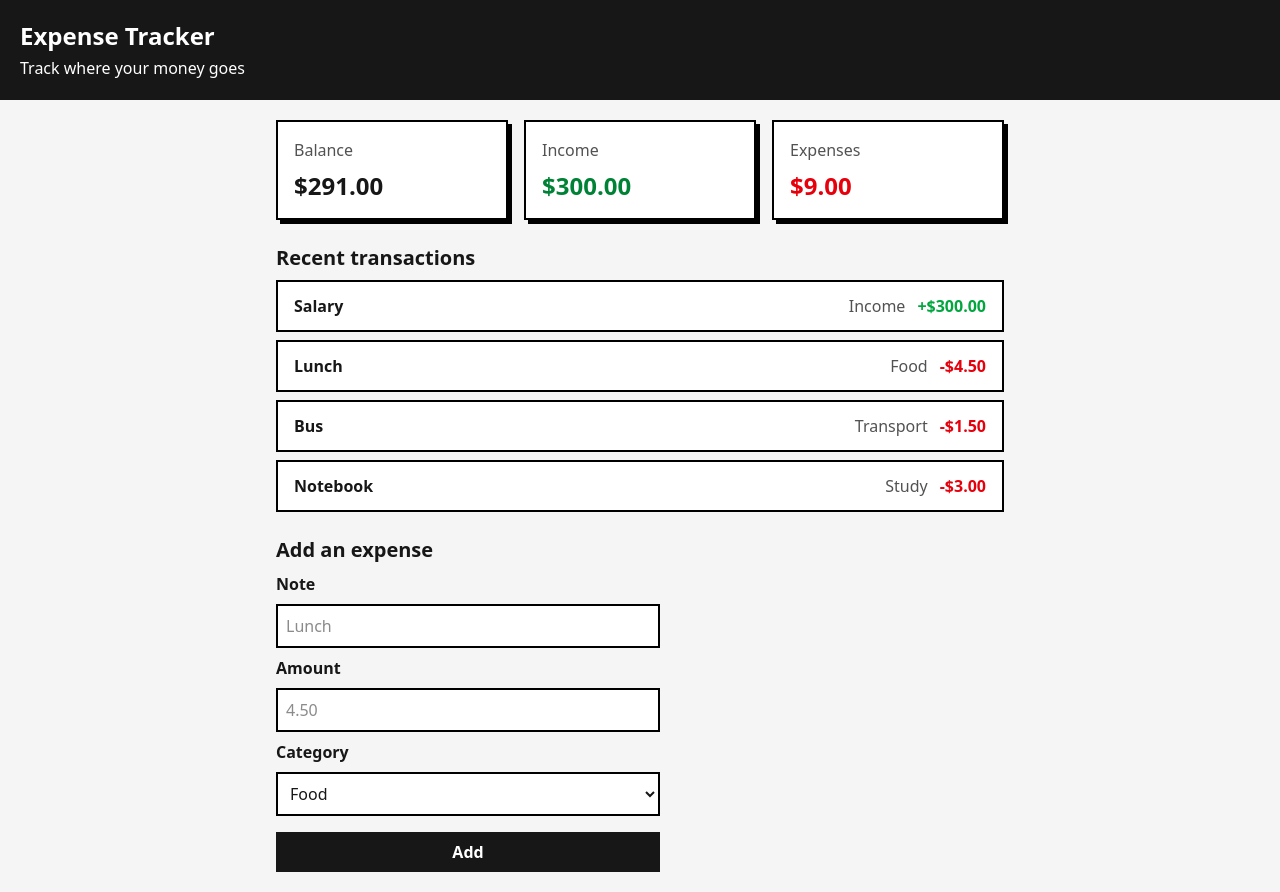
Repository: Keanbunheng/html-basics-Day1_AI
Page: expense-tracker-w2-d4-start/index.html
The author's editor kept a copy of each file at every save. The page is drawn from the files as they stood at one save, then again after the next save.
The browser window is 1280 px wide. The pictures show the whole page.

Above is the page before, as saved 2026-11-17 21:15:22.

### expense-tracker-w2-d4-start/index.html
<!doctype html>
<html lang="en">
  <head>
    <meta charset="UTF-8" />
    <meta name="viewport" content="width=device-width, initial-scale=1.0" />
    <title>Expense Tracker</title>
    <script src="https://cdn.jsdelivr.net/npm/@tailwindcss/browser@4.1.18"></script>
  </head>
  <body class="bg-neutral-100 text-neutral-900">
    <header class="bg-neutral-900 p-5 text-white">
      <h1 class="mb-1 text-2xl font-bold">Expense Tracker</h1>
      <p>Track where your money goes</p>
    </header>

    <main class="mx-auto max-w-3xl p-5">
      <section class="mb-6 flex flex-col gap-4 sm:flex-row">
        <div
          class="flex-1 border-2 border-black bg-white p-4 shadow-[4px_4px_0_#000]"
        >
          <p class="mb-2 text-neutral-600">Balance</p>
          <p class="text-2xl font-bold" id="total-money">$291.00</p>
        </div>
        <div
          class="flex-1 border-2 border-black bg-white p-4 shadow-[4px_4px_0_#000]"
        >
          <p class="mb-2 text-neutral-600">Income</p>
          <p class="text-2xl font-bold text-green-700" id="income-money">
            $300.00
          </p>
        </div>
        <div
          class="flex-1 border-2 border-black bg-white p-4 shadow-[4px_4px_0_#000]"
        >
          <p class="mb-2 text-neutral-600">Expenses</p>
          <p class="text-2xl font-bold text-red-600" id="expense-money">
            $9.00
          </p>
        </div>
      </section>

      <section class="mb-6">
        <h2 class="mb-2 text-xl font-bold">Recent transactions</h2>
        <ul id="list-container">
          <li
            class="mb-2 flex flex-col gap-1 border-2 border-black bg-white px-4 py-3 sm:flex-row sm:justify-between sm:gap-3"
          >
            <span class="flex-1 font-semibold">Salary</span>
            <span class="text-neutral-600">Income</span>
            <span class="font-bold text-green-700">+$300.00</span>
          </li>
          <li
            class="mb-2 flex flex-col gap-1 border-2 border-black bg-white px-4 py-3 sm:flex-row sm:justify-between sm:gap-3"
          >
            <span class="flex-1 font-semibold">Lunch</span>
            <span class="text-neutral-600">Food</span>
            <span class="font-bold text-red-600">-$4.50</span>
          </li>
          <li
            class="mb-2 flex flex-col gap-1 border-2 border-black bg-white px-4 py-3 sm:flex-row sm:justify-between sm:gap-3"
          >
            <span class="flex-1 font-semibold">Bus</span>
            <span class="text-neutral-600">Transport</span>
            <span class="font-bold text-red-600">-$1.50</span>
          </li>
          <li
            class="mb-2 flex flex-col gap-1 border-2 border-black bg-white px-4 py-3 sm:flex-row sm:justify-between sm:gap-3"
          >
            <span class="flex-1 font-semibold">Notebook</span>
            <span class="text-neutral-600">Study</span>
            <span class="font-bold text-red-600">-$3.00</span>
          </li>
        </ul>
      </section>

      <section>
        <h2 class="mb-2 text-xl font-bold">Add an expense</h2>
        <form class="flex max-w-sm flex-col gap-2" id="input">
          <label for="note" class="font-semibold">Note</label>
          <input
            id="note"
            type="text"
            placeholder="Lunch"
            class="border-2 border-black bg-white p-2"
          />

          <label for="amount" class="font-semibold">Amount</label>
          <input
            id="amount"
            type="number"
            step="0.01"
            placeholder="4.50"
            class="border-2 border-black bg-white p-2"
          />

          <label for="category" class="font-semibold">Category</label>
          <select id="category" class="border-2 border-black bg-white p-2">
            <option>Food</option>
            <option>Transport</option>
            <option>Study</option>
            <option>Other</option>
          </select>

          <button
            type="submit"
            class="mt-2 bg-neutral-900 p-2 font-semibold text-white"
            id="Button"
          >
            Add
          </button>
        </form>
      </section>
    </main>
    <script src="app.js"></script>
  </body>
</html>

### expense-tracker-w2-d4-start/app.js
const transactions = [
  {
    id: 1,
    note: 'Salary',
    category: 'Income',
    type: 'income',
    amountCents: 30000,
  },
  { id: 2, note: 'Lunch', category: 'Food', type: 'expense', amountCents: 450 },
  {
    id: 3,
    note: 'Bus',
    category: 'Transport',
    type: 'expense',
    amountCents: 150,
  },
  {
    id: 4,
    note: 'Notebook',
    category: 'Study',
    type: 'expense',
    amountCents: 300,
  },
];

function formatMoney(cents) {
  const sign = cents < 0 ? '-' : '';
  return sign + '$' + (Math.abs(cents) / 100).toFixed(2);
}

function totalCents(list) {
  return list.reduce((sum, tx) => sum + tx.amountCents, 0);
}

function filterByCategory(list, category) {
  return list.filter((tx) => tx.category === category);
}

function filterByType(list, type) {
  return list.filter((tx) => tx.type === type);
}

function summarize(list) {
  const incomeCents = totalCents(filterByType(list, 'income'));
  const expensesCents = totalCents(filterByType(list, 'expense'));
  return {
    incomeCents: incomeCents,
    expensesCents: expensesCents,
    balanceCents: incomeCents - expensesCents,
  };
}

function addTransaction(list, tx) {
  return [...list, tx];
}

// Practice 2 — the AI's totalExpenses, reviewed and fixed:
// whole cents, no off-by-one loop, no duplicated work.
function totalExpenses(list) {
  return totalCents(filterByType(list, 'expense'));
}

const notes = transactions.map((tx) => tx.note);

console.log(formatMoney(transactions[1].amountCents));

// ----- Checks -----
function check(name, actual, expected) {
  const ok = actual === expected;
  console.log(
    ok ? '✓' : '✗',
    name,
    ok ? '' : `(expected ${expected}, got ${actual})`,
  );
}

check('format 450', formatMoney(450), '$4.50');
check('total of all', totalCents(transactions), 30900);
check('Food count', filterByCategory(transactions, 'Food').length, 1);
check('expense count', filterByType(transactions, 'expense').length, 3);
check('balance', summarize(transactions).balanceCents, 29100);
check(
  'new length',
  addTransaction(transactions, {
    id: 5,
    note: 'Coffee',
    category: 'Food',
    type: 'expense',
    amountCents: 250,
  }).length,
  5,
);
check('notes', notes.join(','), 'Salary,Lunch,Bus,Notebook');
check('total expenses', totalExpenses(transactions), 900);

// Edge cases
check('total of empty list', totalCents([]), 0);
check('total expenses of empty list', totalExpenses([]), 0);
check('original list not changed', transactions.length, 4); // after addTransaction

const lists = document.querySelector('#list-container');
lists.innerHTML = transactions
  .map((ele) => {
    let isExpense = true;
    if (ele.type != 'expense') {
      isExpense = false;
    }
    return `
  <li class="mb-2 flex flex-col gap-1 border-2 border-black bg-white px-4 py-3 sm:flex-row sm:justify-between sm:gap-3">
    <span class="flex-1 font-semibold">${ele.note}</span>
    <span class="text-neutral-600">${ele.category}</span>
    <span class="font-bold ${isExpense ? 'text-red-600' : 'text-green-600'}">${isExpense ? '-' : '+'}${formatMoney(ele.amountCents)}</span>
  </li>
`;
  })
  .join('');
const sum = summarize(transactions);
const totalMoney = (document.getElementById('total-money').innerText =
  formatMoney(sum.balanceCents));
const incomeMoney = (document.getElementById('income-money').innerHTML =
  formatMoney(sum.incomeCents));

const expenseMoney = (document.getElementById('expense-money').innerHTML =
  formatMoney(sum.expensesCents));

After the next save:
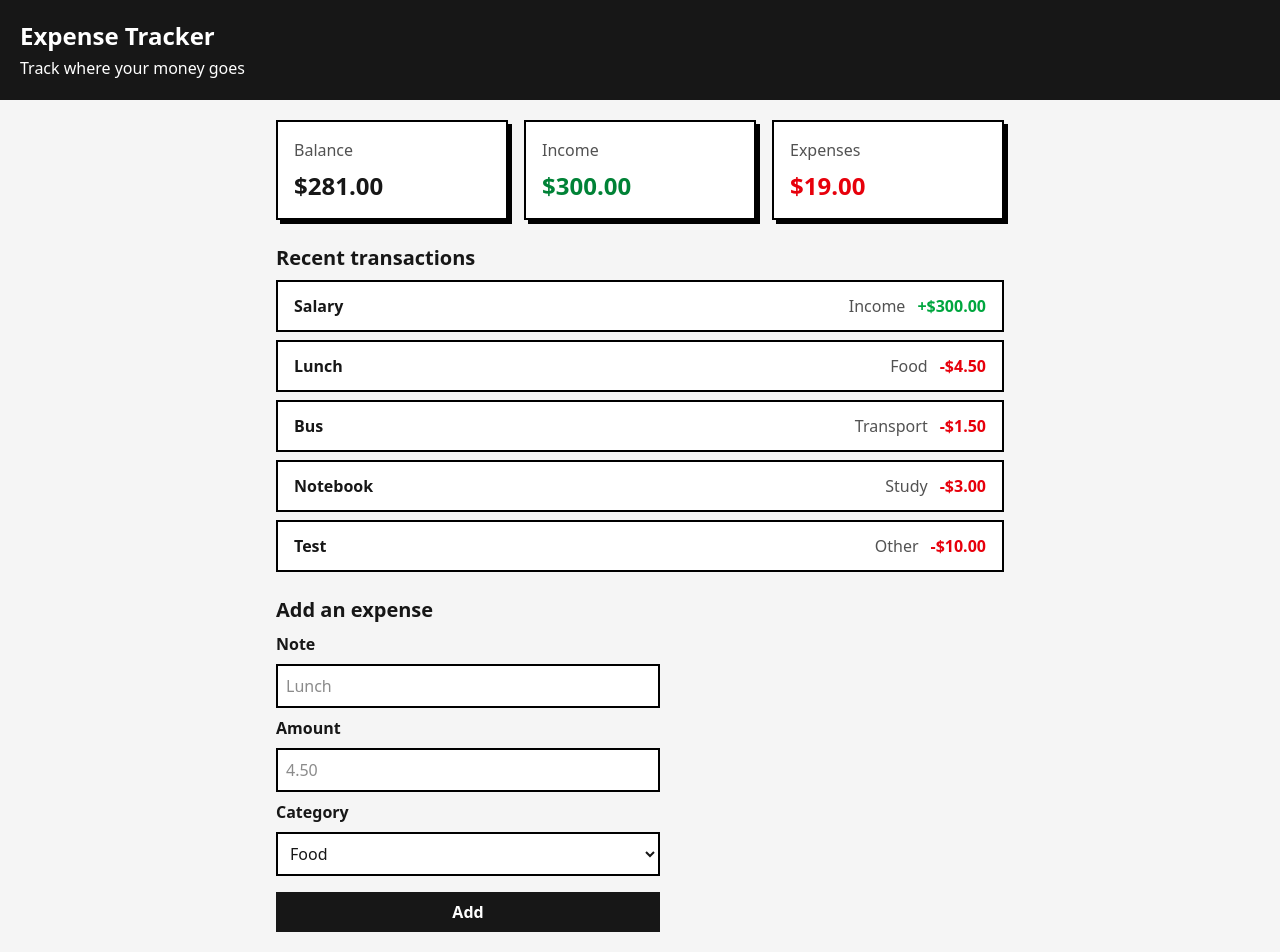
Saved 28 s later.
--- a/expense-tracker-w2-d4-start/app.js
+++ b/expense-tracker-w2-d4-start/app.js
@@ -97,7 +97,13 @@ check('total expenses', totalExpenses(transactions), 900);
 check('total of empty list', totalCents([]), 0);
 check('total expenses of empty list', totalExpenses([]), 0);
 check('original list not changed', transactions.length, 4); // after addTransaction
-
+transactions.push({
+  id: 9,
+  note: 'Test',
+  category: 'Other',
+  type: 'expense',
+  amountCents: 1000,
+});
 const lists = document.querySelector('#list-container');
 lists.innerHTML = transactions
   .map((ele) => {

After the 3 saves that followed:
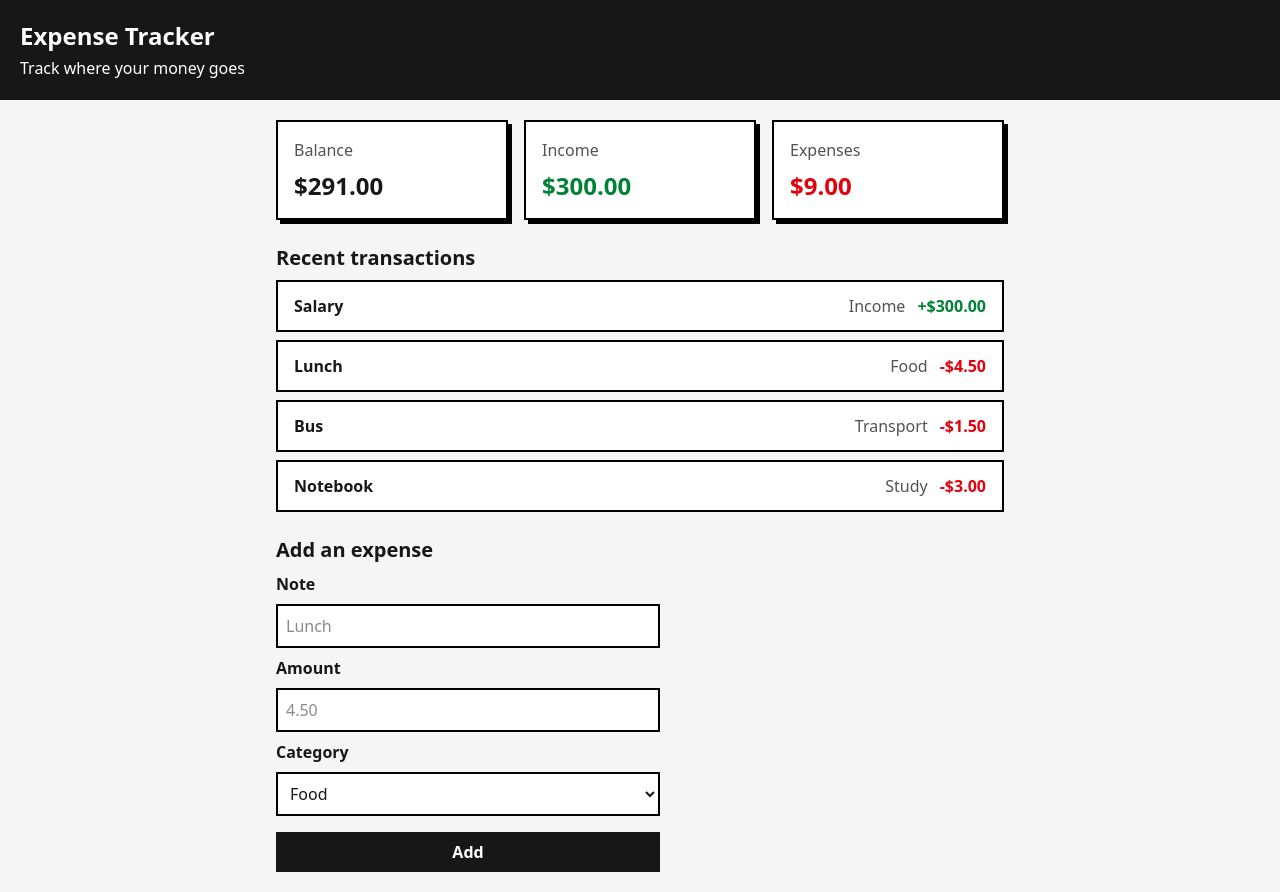
Console error: SyntaxError: Unexpected identifier 'transactions'
The 3 saves are shown as one change because 2 left the picture as it was.
The last was saved 33 s later.
--- a/expense-tracker-w2-d4-start/app.js
+++ b/expense-tracker-w2-d4-start/app.js
@@ -97,6 +97,10 @@ check('total expenses', totalExpenses(transactions), 900);
 check('total of empty list', totalCents([]), 0);
 check('total expenses of empty list', totalExpenses([]), 0);
 check('original list not changed', transactions.length, 4); // after addTransaction
+
+function L
+
+
 transactions.push({
   id: 9,
   note: 'Test',
